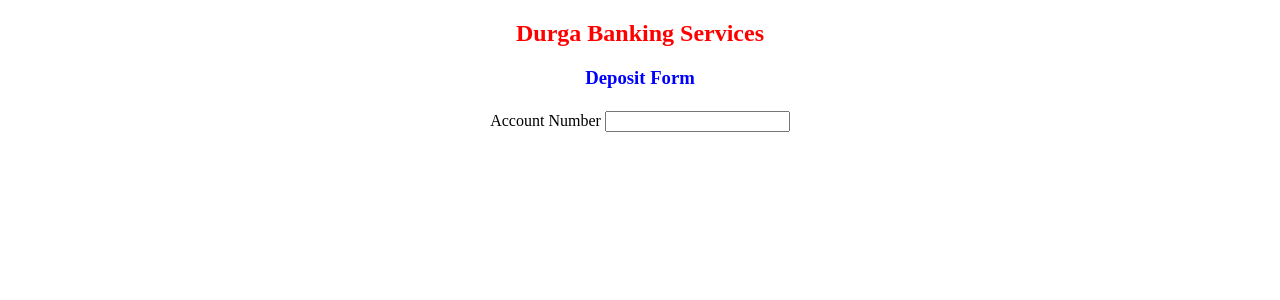
Repository: pranalivm/Servlets
Page: app31/src/main/webapp/form.html
An editor plug-in stored every save of this project. The page is shown before and after the next save, followed by the edit.
The browser window is 1280 px wide. The pictures show the whole page.

Above is the page before, as saved 2023-02-16 02:23:20.

After the next save:
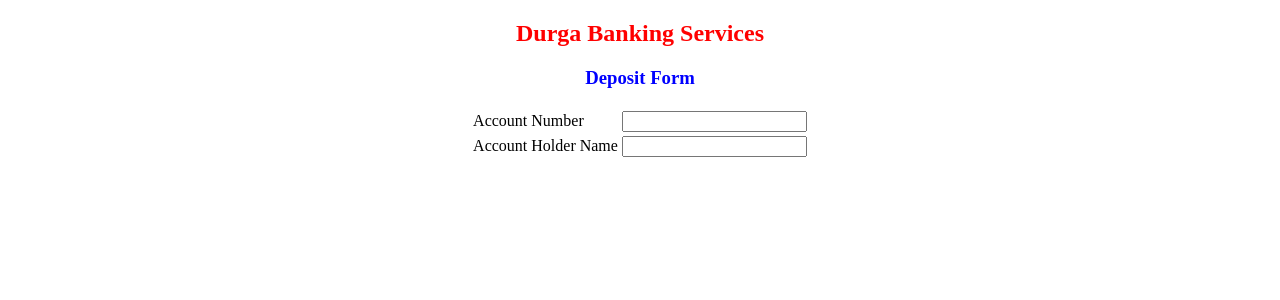
Saved 30 s later.
--- a/app31/src/main/webapp/form.html
+++ b/app31/src/main/webapp/form.html
@@ -12,6 +12,13 @@
 <tr>
 	<td>Account Number </td>
 	<td><input type="text" name="accNo" /></td>
+</tr>
+
+<tr>
+	<td>Account Holder Name </td>
+	<td><input type="text" name="accHolderName" /></td>
+</tr>
+
 </table>
 
 </form>
